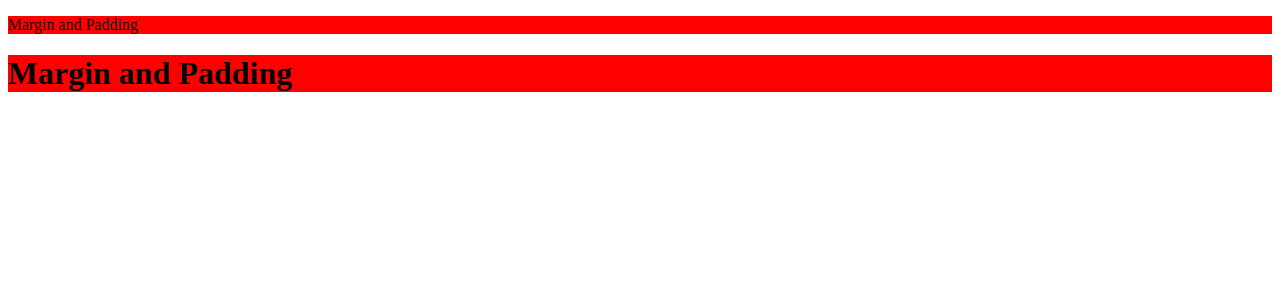
Repository: ntu34543/cut-landing-page-Figma
Page: home.html
An editor plug-in stored every save of this project. The page is shown before and after the next save, followed by the edit.
The browser window is 1280 px wide. The pictures show the whole page.

Above is the page before, as saved 2022-09-12 22:27:44.

After the next save:
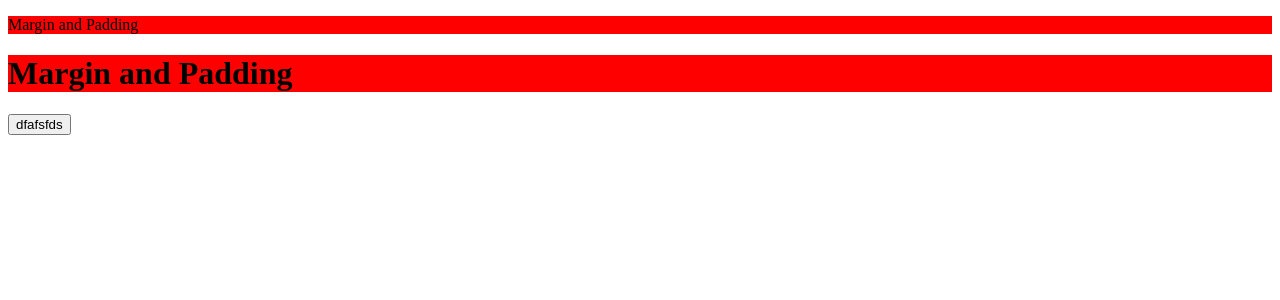
Saved 4 s later.
--- a/home.html
+++ b/home.html
@@ -189,6 +189,7 @@
 <body>
     <p class="des">Margin and Padding</p>
     <h1 class="des">Margin and Padding</h1>
+    <button>dfafsfds</button>
     <!-- <div class="form-field">
         <input type="text" class="form-input" placeholder=" ">
         <label for="name" class="form-label">Name</label>
